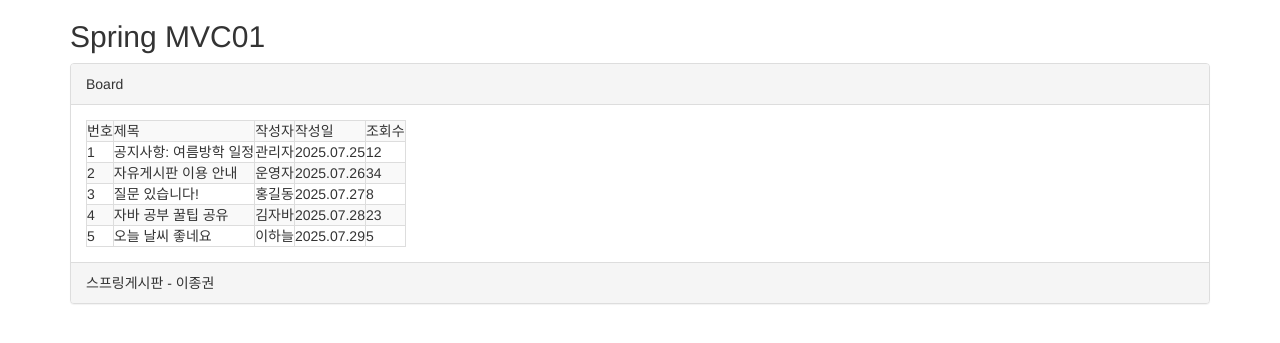
Repository: leejonggwon/PBG_SpringProject
Page: http://localhost/SpringMVC01/boardList.do
The author's editor kept a copy of each file at every save. The page is drawn from the files as they stood at one save, then again after the next save.
The browser window is 1280 px wide. The pictures show the whole page.
The page is served by Tomcat 9. Other server files are loaded and not shown.

Above is the page before, as saved 2025-08-01 01:38:37.

### SpringMVC01/src/main/webapp/WEB-INF/views/boardList.jsp
<%@ page language="java" contentType="text/html; charset=UTF-8"
    pageEncoding="UTF-8"%>
<%@ taglib prefix="c" uri="http://java.sun.com/jsp/jstl/core"%>
<!DOCTYPE html>
<html>
<head>
<meta charset="UTF-8">
<title>Insert title here</title>
<link rel="stylesheet" href="https://maxcdn.bootstrapcdn.com/bootstrap/3.4.1/css/bootstrap.min.css">
<script src="https://ajax.googleapis.com/ajax/libs/jquery/3.7.1/jquery.min.js"></script>
<script src="https://maxcdn.bootstrapcdn.com/bootstrap/3.4.1/js/bootstrap.min.js"></script>
</head>
<body>
	<div class="container">
		<h2>Spring MVC01</h2>
		<div class="panel panel-default">
			<div class="panel-heading">Board</div>
			<div class="panel-body">
				<table class= "table-bordered table-striped table-hover table-sm"">
					<tr>
						<td>번호</td>
						<td>제목</td>
						<td>작성자</td>
						<td>작성일</td>
						<td>조회수</td>
					</tr>

					<tr>
						<td>1</td>
						<td>공지사항: 여름방학 일정</td>
						<td>관리자</td>
						<td>2025.07.25</td>
						<td>12</td>
					</tr>
					<tr>
						<td>2</td>
						<td>자유게시판 이용 안내</td>
						<td>운영자</td>
						<td>2025.07.26</td>
						<td>34</td>
					</tr>
					<tr>
						<td>3</td>
						<td>질문 있습니다!</td>
						<td>홍길동</td>
						<td>2025.07.27</td>
						<td>8</td>
					</tr>
					<tr>
						<td>4</td>
						<td>자바 공부 꿀팁 공유</td>
						<td>김자바</td>
						<td>2025.07.28</td>
						<td>23</td>
					</tr>
					<tr>
						<td>5</td>
						<td>오늘 날씨 좋네요</td>
						<td>이하늘</td>
						<td>2025.07.29</td>
						<td>5</td>
					</tr>
				</table>
			</div>
			<div class="panel-footer">스프링게시판 - 이종권</div>
		</div>
	</div>
</body>
</html>

After the next save:
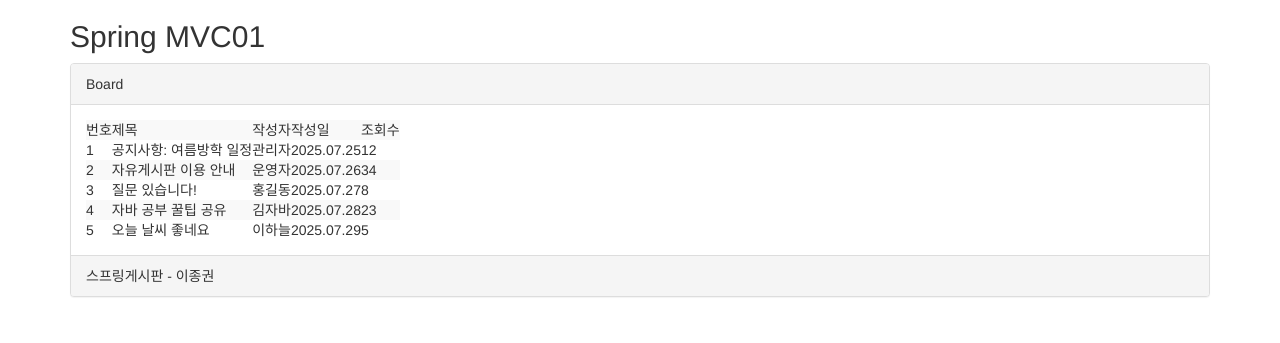
Saved 18 s later.
--- a/SpringMVC01/src/main/webapp/WEB-INF/views/boardList.jsp
+++ b/SpringMVC01/src/main/webapp/WEB-INF/views/boardList.jsp
@@ -16,7 +16,7 @@
 		<div class="panel panel-default">
 			<div class="panel-heading">Board</div>
 			<div class="panel-body">
-				<table class= "table-bordered table-striped table-hover table-sm"">
+				<table class= "table-striped table-hover table-sm"">
 					<tr>
 						<td>번호</td>
 						<td>제목</td>

After the save that followed:
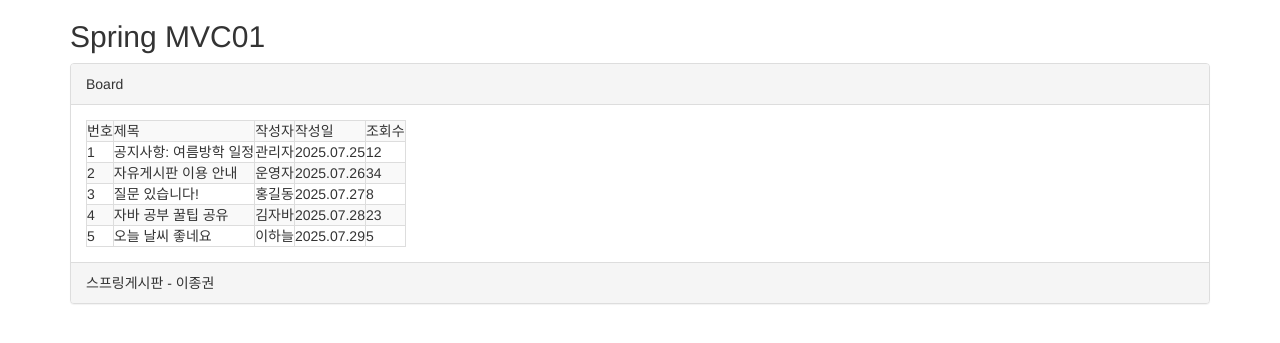
Saved 11 s later.
--- a/SpringMVC01/src/main/webapp/WEB-INF/views/boardList.jsp
+++ b/SpringMVC01/src/main/webapp/WEB-INF/views/boardList.jsp
@@ -16,7 +16,7 @@
 		<div class="panel panel-default">
 			<div class="panel-heading">Board</div>
 			<div class="panel-body">
-				<table class= "table-striped table-hover table-sm"">
+				<table class= "table-bordered table-striped table-hover table-sm">
 					<tr>
 						<td>번호</td>
 						<td>제목</td>
